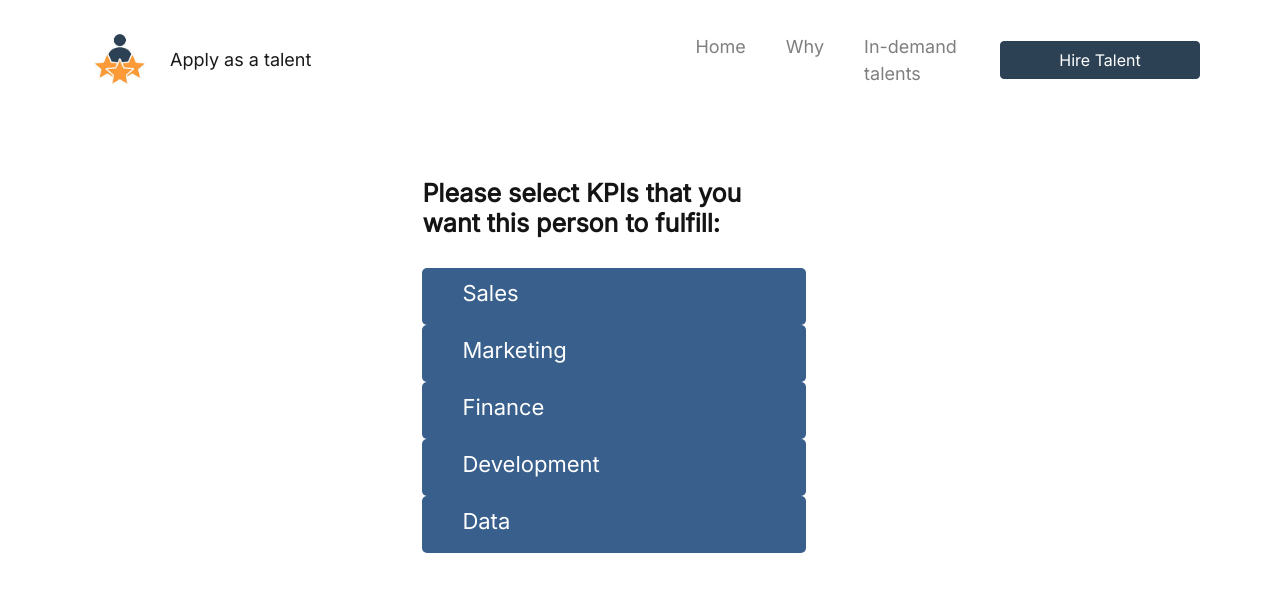
Repository: Ashwe9/talent-hire-reactJs
Page: /kpis
The author's editor kept a copy of each file at every save. The page is drawn from the files as they stood at one save, then again after the next save.
The browser window is 1280 px wide. The pictures show the whole page.
The project was rebuilt for these pictures with package versions that can differ from the ones it lists, and the page was loaded fresh each time. A package was used in the major version that the imports need, not the one package.json lists. Also part of the build but not shown: src/homePage/components/TrustedBy/TrustedBy.css, src/homePage/components/TrustedBy/TrustedBy.js, src/homePage/components/Roles/Roles.css, src/homePage/components/Roles/Roles.js, src/homePage/components/homePageFooter/HomePageFooter.css, src/homePage/components/homePageFooter/HomePageFooter.js, src/homePage/HomePage.js, src/projectDetails/ProjectDetails.js.

Above is the page before, as saved 2022-08-18 14:59:24.

### public/index.html
<!DOCTYPE html>
<html lang="en">
  <head>
    <meta charset="utf-8" />
    <link rel="icon" href="%PUBLIC_URL%/favicon.ico" />
    <meta name="viewport" content="width=device-width, initial-scale=1" />
    <meta name="theme-color" content="#000000" />
    <meta
      name="description"
      content="Web site created using create-react-app"
    />
    <link rel="apple-touch-icon" href="%PUBLIC_URL%/logo192.png" />
    <link rel="manifest" href="%PUBLIC_URL%/manifest.json" />
    <link rel="stylesheet" href="https://stackpath.bootstrapcdn.com/bootstrap/4.4.1/css/bootstrap.min.css" integrity="sha384-Vkoo8x4CGsO3+Hhxv8T/Q5PaXtkKtu6ug5TOeNV6gBiFeWPGFN9MuhOf23Q9Ifjh" crossorigin="anonymous">
    <link href='https://fonts.googleapis.com/css?family=Inter' rel='stylesheet'>

    <title>App</title>
  </head>
  <body>
    <noscript>You need to enable JavaScript to run this app.</noscript>
    <div id="root"></div>
    <script src="https://code.jquery.com/jquery-3.4.1.slim.min.js" integrity="sha384-J6qa4849blE2+poT4WnyKhv5vZF5SrPo0iEjwBvKU7imGFAV0wwj1yYfoRSJoZ+n" crossorigin="anonymous"></script>
    <script src="https://cdn.jsdelivr.net/npm/popper.js@1.16.0/dist/umd/popper.min.js" integrity="sha384-Q6E9RHvbIyZFJoft+2mJbHaEWldlvI9IOYy5n3zV9zzTtmI3UksdQRVvoxMfooAo" crossorigin="anonymous"></script>
    <script src="https://stackpath.bootstrapcdn.com/bootstrap/4.4.1/js/bootstrap.min.js" integrity="sha384-wfSDF2E50Y2D1uUdj0O3uMBJnjuUD4Ih7YwaYd1iqfktj0Uod8GCExl3Og8ifwB6" crossorigin="anonymous"></script>  </body>
</html>

### src/App.js
import React from 'react'
import { BrowserRouter as Router, Route, Switch } from 'react-router-dom';
import { HomePage } from './homePage/HomePage';
import KPISPage from './kpisPage/KPISPage';
import ProjectDetails from './projectDetails/ProjectDetails';

function App() {
  return (
    <Router>
      <Switch>
        <Route exact path="/" component={HomePage} />
        <Route exact path="/kpis" component={KPISPage} />
        <Route exact path="/projectdetails" component={ProjectDetails} />
      </Switch>
    </Router>
  );
}

export default App;

### src/kpisPage/KPISPage.js
import React from 'react'
import './KPISPage.css'
import { Navbar } from '../shared-components/Navbar/Navbar'
import Header from './Header'
import DropDown from './DropDown'

const KPISPage = () => {
  return (
    <div>
      <Navbar />
      <Header />
      <DropDown title="Sales"/>
      <DropDown title="Marketing"/>
      <DropDown title="Finance"/>
      <DropDown title="Development"/>
      <DropDown title="Data"/>
    </div>
  )
}

export default KPISPage

### src/shared-components/Navbar/Navbar.js
import React from 'react'
import './Navbar.css'
import { useHistory } from 'react-router-dom'

export const Navbar = () => {
  let history=useHistory();
  return (
    <nav className="navbar navbar-expand-lg navbar-light">
      <img src= {require('../../assets/icon.png')} className="icon"/>
      <a className="navbar-brand title" href="#">Apply as a talent</a>
      <button className="navbar-toggler" type="button" data-toggle="collapse" data-target="#navbarText" aria-controls="navbarText" aria-expanded="false" aria-label="Toggle navigation">
        <span className="navbar-toggler-icon"></span>
      </button>
      <div className="collapse navbar-collapse" id="navbarText">
        <ul className="navbar-nav mr-auto">
          <li className="nav-item">
            <a className="nav-link" href="#" onClick={() => {
                history.push('/');
              } }>Home</a>
          </li>

          <li className="nav-item">
            <a className="nav-link" href="#">Why</a>
          </li>
          <li className="nav-item">
            <a className="nav-link" href="#">In-demand talents</a>
          </li>
        </ul>
        <span className="navbar-text">
          <button className='btn btn-dark navbar-btn'>Hire Talent</button>
        </span>
      </div>
    </nav>
  )
}

### src/kpisPage/Header.js
import React from 'react'
import './Header.css'

const Header = () => {
  return (
    <div className='header-box'>
        <p className='header-by-title'>
            Please select KPIs that you want this person to fulfill:
        </p>
    </div>
  )
}

export default Header

### src/kpisPage/DropDown.js
import {FaCaretDown, FaCaretUp} from 'react-icons/fa'
import React from 'react'
import './DropDown.css'
import { left } from '@popperjs/core'


const DropDown = ({title}) => {
  return (
    <div className='dropdown-box'>
        <p className='dropdown-title'>{title}</p>
        <FaCaretDown id='icon' size={30}
            style={{}} onClick={<FaCaretUp />} />
    </div>
  )
}

export default DropDown

### src/shared-components/Navbar/Navbar.css
.icon{
    width: 80px;
}

.title{
    font-family: "Inter";
    font-style: normal;
    font-weight: 500;
    font-size: 18px;
    line-height: 28px;
    align-items: center;
    color: #444444;
    padding-left: 10px;
}

#navbarText{
    margin-left: 30%;
}
.navbar-items{
    margin: 0 35%;

}

.nav-item{
    font-family: "Inter";
    font-style: normal;
    font-weight: 500;
    font-size: 18px;
    align-items: center;
    color: #444444;
    padding-left: 24px;
}

.navbar-btn{
    font-family: "Inter";
    font-style: bold;
    background: #2c4154;
    /* padding: 5px 50px; */
    border-color: #2c4154;
    width: 200px;
}

.navbar{
    margin: 10px 5%;
}

@media only screen and (max-width: 600px) {
    body {
      background-color: lightblue;
    }
  }

### src/kpisPage/Header.css
.header-box{
    margin: 30px 30%;
    padding: 3%;
    padding-bottom: 0%;
    align-items: center;
    width: 35%;
}

.header-by-title{
    font-family: "Inter";
    font-style: bolder;
    font-weight: 700;
    font-size: 25px;
    line-height: 30px;
    align-items: center;
    color: #141414;
}


@media only screen and (max-width: 700px) {

    .header-by-title{
        font-size: 16px;
    }

    .header-box{
        margin-left: 90px;
        width: 100%;
    }
  }
@media only screen and (max-width: 450px) {
    .header-by-title{
        font-size: 13px;
    }
    .header-box{
        margin-left: 70px;
        width: 100%;
    }
}

### src/kpisPage/DropDown.css
.dropdown-box{
    margin: 0px 33%;
    padding-top: 10px;
    padding-bottom: 1px;
    width: 30%;
    background-color: #395f8c;
    border-radius: 5px;
    display: flex;
}

.dropdown-title{
    font-family: "Inter";
    font-style: bolder;
    font-weight: 300;
    font-size: 22px;
    line-height: 30px;
    align-items: center;
    color: white;
    margin-left: 40px;
}

#icon{
    color: white;
    cursor: pointer;
    position: absolute;
    right: 0;
}


@media only screen and (max-width: 700px) {

    .dropdown-by-title{
        font-size: 16px;
    }

    .dropdown-box{
        margin-left: 90px;
        width: 100%;
    }
  }
@media only screen and (max-width: 450px) {
    .dropdown-by-title{
        font-size: 13px;
    }
    .dropdown-box{
        margin-left: 70px;
        width: 100%;
    }
}

Loaded but not shown: src/index.js (common file); src/reportWebVitals.js (common file); src/index.css (no stored copy; drawn as an empty file); src/kpisPage/KPISPage.css (no stored copy; drawn as an empty file)

After the next save:
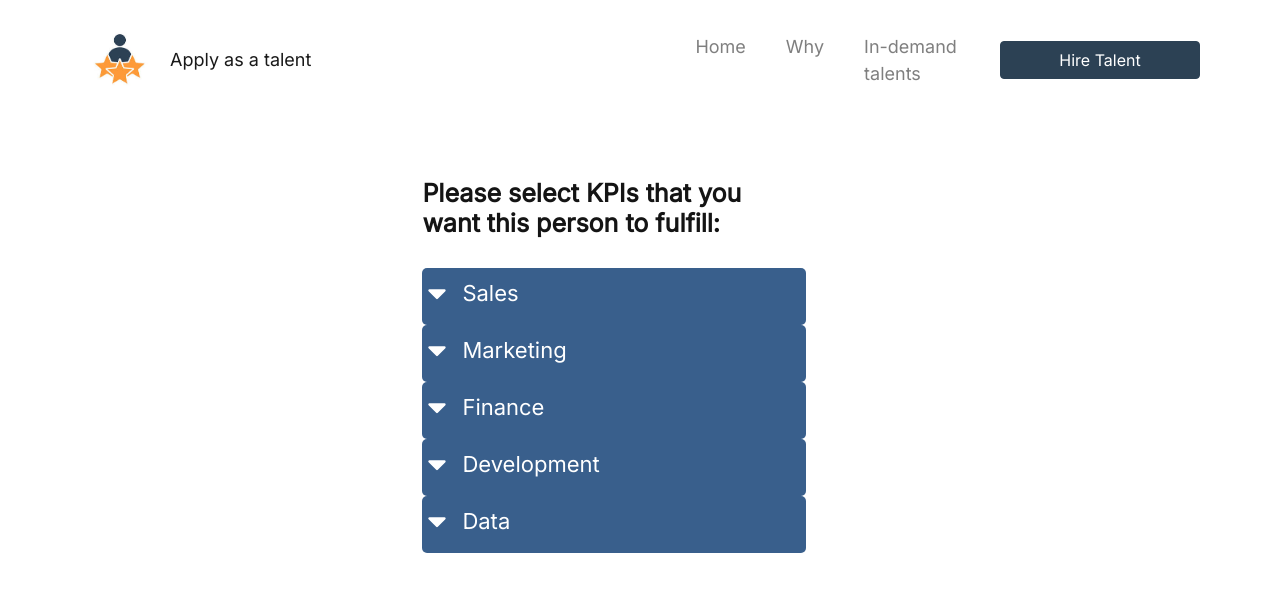
Saved 7 s later.
--- a/src/kpisPage/DropDown.css
+++ b/src/kpisPage/DropDown.css
@@ -23,7 +23,7 @@
     color: white;
     cursor: pointer;
     position: absolute;
-    right: 0;
+    right: 10;
 }
 
 

After the 6 saves that followed:
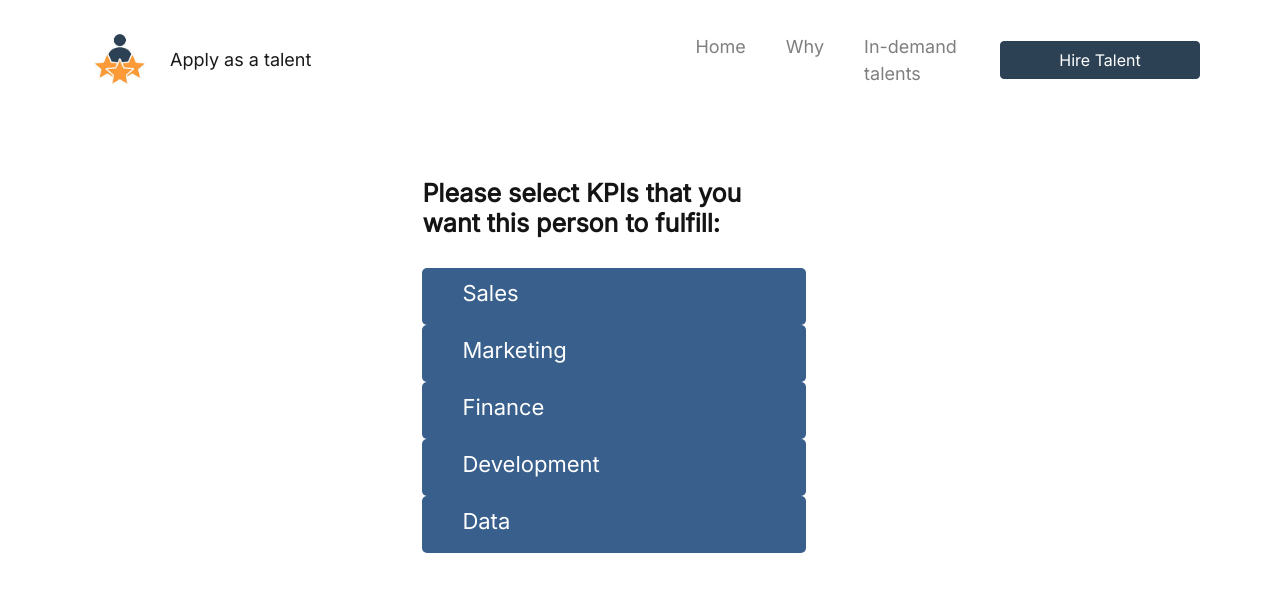
The 6 saves are shown as one change because 3 left the picture as it was and some came seconds apart.
The last was saved 56 s later.
--- a/src/kpisPage/DropDown.css
+++ b/src/kpisPage/DropDown.css
@@ -23,7 +23,7 @@
     color: white;
     cursor: pointer;
     position: absolute;
-    right: 10;
+    right: 20px;
 }
 
 
